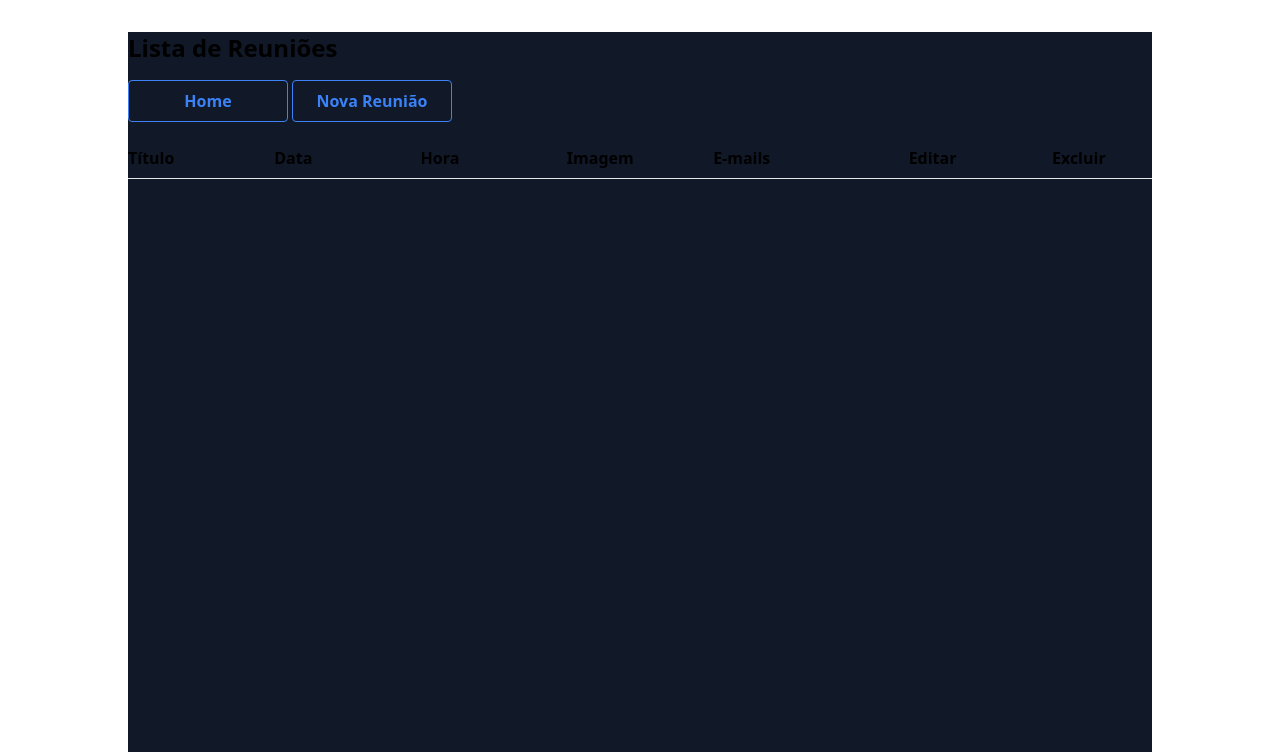
Repository: TamiBeira/meeting
Page: /meetings
These files come from the project's save history. The page is drawn as it stood at one moment and after the next save; the edit follows.
The browser window is 1280 px wide. The pictures show the whole page.
The project was rebuilt for these pictures with package versions that can differ from the ones it lists, and the page was loaded fresh each time. Also part of the build but not shown: vite.config.ts, src/contexts/FormContext.tsx, src/components/Form.tsx, src/components/HomePage.tsx.

Above is the page before, as saved 2024-02-27 00:11:46.

After the next save:
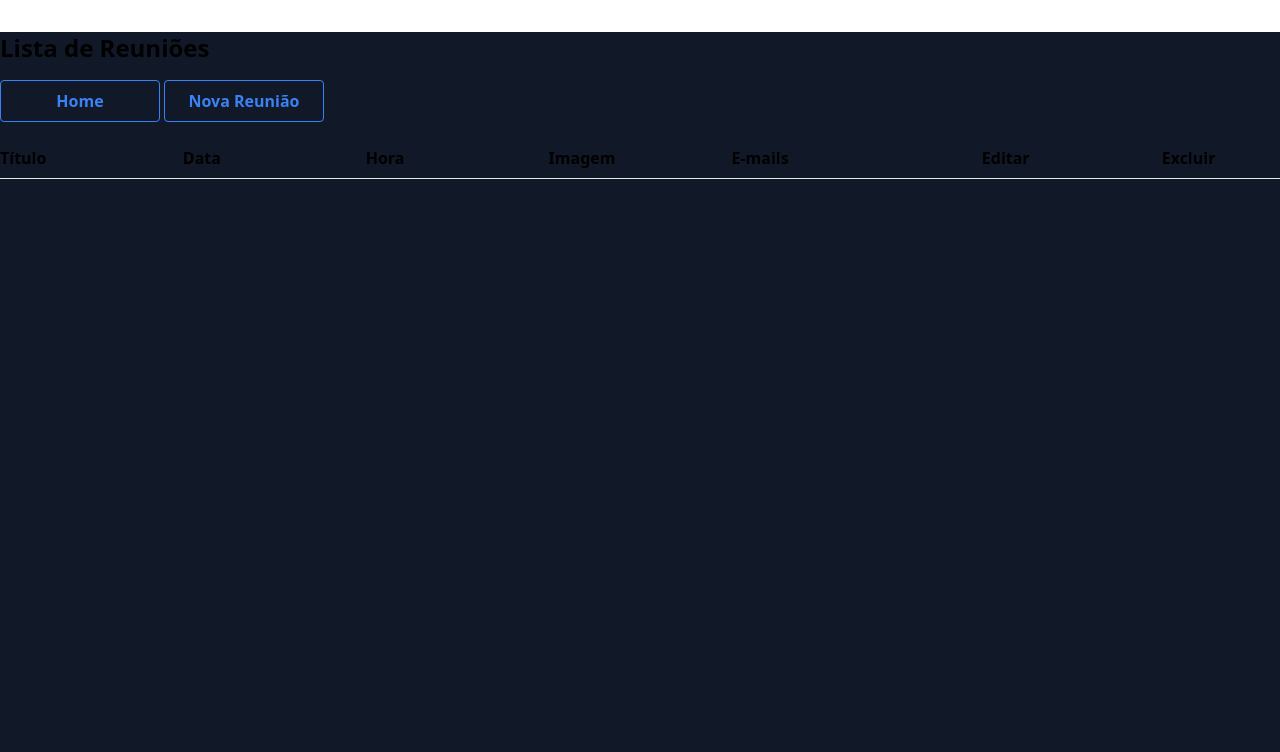
Saved 27 s later.
--- a/src/components/MeetingsView.tsx
+++ b/src/components/MeetingsView.tsx
@@ -28,7 +28,7 @@ export const MeetingsView: React.FC = () => {
   };
 
   return (
-    <div className="max-w-5xl mx-auto mt-8 bg-gray-900 w-full h-screen">
+    <div className="mx-auto mt-8 bg-gray-900 w-full h-screen">
       <h2 className="text-2xl font-bold mb-4">Lista de Reuniões</h2>
       <div className="mt-4 mb-4">
         <Link to="/" className="w-40 mr-1 inline-block text-center border border-solid border-blue-500 text-blue-500 font-bold px-4 py-2 rounded">Home</Link>
